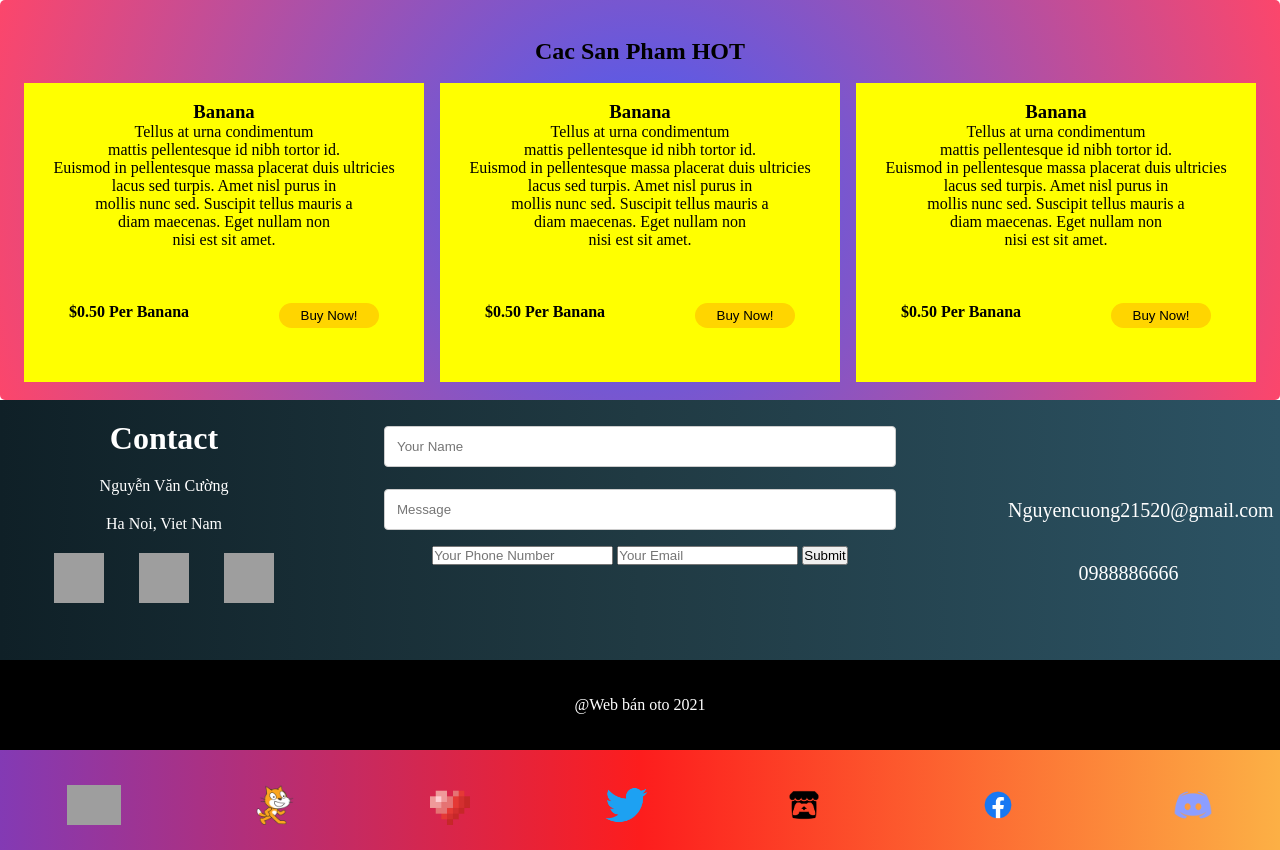
Repository: brightwhitesnow/bananashop
Page: index.html
The author's editor kept a copy of each file at every save. The page is drawn from the files as they stood at one save, then again after a run of saves.
The browser window is 1280 px wide. The pictures show the part of the page from y = 700 to 1550 px (the page is 1550 px tall).
Pictures or frames that could not be fetched are drawn as grey boxes. Some web libraries are served in a nearby version.

Above is the page before, as saved 2021-03-27 10:45:15.

### index.html
<!DOCTYPE html>
<html lang="en">
<head>
    <meta charset="UTF-8">
    <meta name="viewport" content="width=device-width, initial-scale=1.0">
    <title>Document</title>
    <link rel="preconnect" href="https://fonts.gstatic.com">
<link href="https://fonts.googleapis.com/css2?family=Sacramento&display=swap" rel="stylesheet">
    <link rel="stylesheet" href="style.css">
    <link href="https://unpkg.com/aos@2.3.1/dist/aos.css" rel="stylesheet">
    <style>
        .nav {
            height: 70px;
            background: -webkit-linear-gradient(to right, #f857a6, #ff5858); /* Chrome 10-25, Safari 5.1-6 */
            background: linear-gradient(to right, #f857a6, #ff5858); /* W3C, IE 10+/ Edge, Firefox 16+, Chrome 26+, Opera 12+, Safari 7+ */
            font-family: 'Sacramento', cursive;
            font-size: 25px;
        }

        a {
            text-decoration-line: none;
            color: black;
            transition: 1s;
            height: 30px;
        }

        a:hover {
            height: 30px;
            color: rgb(83, 73, 226);
            border-bottom: 2px solid white;
            transition: 1s;
        }

        .fas fa-search {
            height: 20px;
        }
        #email,#phone{
            hei
        }
    </style>
    <link href="https://pro.fontawesome.com/releases/v5.12.0/css/all.css" rel="stylesheet">
    <link rel="stylesheet" href="./packet/sweetalert2.css">
</head>
<body>
    <div class="nav">
        <img src="Logo.png" alt="" style="border-radius: 999px;width: 60px;height: auto;" class="logo">
        <div class="search">
        <input type="text">
        <a href=""><i class="fas fa-search"></i></a>
        </div>
        <a href=""><p>Home</p></a>
        <a href=""><p>Products</p></a>
        <a href=""><p>Contact</p></a>
        <a href=""><p>Login <i class="fal fa-user"></i></p></a>
    </div>
    <div class="banner">
        <br><br><br><Br><Br>
        <h1 class="glow">Banana</h1>
    </div>
    <div class="container">
        <br>
        <h2 style="text-align: center;">Cac San Pham HOT</h2>
        <br>
        <div class="divcontainer">
            <div  data-aos="fade-down" class="item1">
                <img src="" alt="">
                <h3>Banana</h3>
                <p>Tellus at urna condimentum<br> mattis pellentesque id nibh tortor id.<br> Euismod in pellentesque massa placerat duis ultricies<Br> lacus sed turpis. Amet nisl purus in<br> mollis nunc sed. Suscipit tellus mauris a <br>diam maecenas. Eget nullam non<Br> nisi est sit amet.</p>
                <br><br><br>
                <div class="containerforprice">
                <h4>$0.50 Per Banana</h4>
                <button onclick="myfunction()" class="buynow3">Buy Now!</button>
                </div>
                <br><br><br>
            </div>
            <br>
            <div data-aos="fade-down" class="item2">
                <img src="" alt="">
                <h3>Banana</h3>
                <p>Tellus at urna condimentum<br> mattis pellentesque id nibh tortor id.<br> Euismod in pellentesque massa placerat duis ultricies<Br> lacus sed turpis. Amet nisl purus in<br> mollis nunc sed. Suscipit tellus mauris a <br>diam maecenas. Eget nullam non<Br> nisi est sit amet.</p>
                <br><br><br>
                <div class="containerforprice">
                <h4>$0.50 Per Banana</h4>
                <button onclick="myfunction()" class="buynow3">Buy Now!</button>
                </div>
                <br><br><br>
            </div>
            <br>
            <div data-aos="fade-down" class="item3">
                <img src="" alt="">
                <h3>Banana</h3>
                <p>Tellus at urna condimentum<br> mattis pellentesque id nibh tortor id.<br> Euismod in pellentesque massa placerat duis ultricies<Br> lacus sed turpis. Amet nisl purus in<br> mollis nunc sed. Suscipit tellus mauris a <br>diam maecenas. Eget nullam non<Br> nisi est sit amet.</p>
                <br><br><br>
                <div class="containerforprice">
                <h4>$0.50 Per Banana</h4>
                <button onclick="myfunction()" class="buynow3">Buy Now!</button>
                </div>
                <br><br><br>
            </div>

        </div>
    </div>

     <!-- footer -->
     <div id="ft" class="footer">
        <div class="footer-top">
            <div class="left">
                <h1>Contact</h1>
                <p>Nguyễn Văn Cường</p>
                <p>Ha Noi, Viet Nam</p>
                    <div class="social-media">
                        <a href="https://www.facebook.com/nguyencuong21520/"><img src="./img/icons8-facebook-64.png" alt=""></a>
                        <a href="https://github.com/nguyencuong21520"><img src="./img/icons8-github-64.png" alt=""></a>
                        <a href=""><img src="./img/icons8-discord-64.png" alt=""></a>
                    </div>
            </div>
            <div class="mid">
                <form id="contact" action="">
                    <input id="name" type="text" placeholder="Your Name" required>
                    <input id="message" type="text" placeholder="Message" required>
                    <input id="phone" type="phone" placeholder="Your Phone Number" >
                    <input id="email" type="email" placeholder="Your Email" required>
                    <button>Submit</button>


                </form>
            </div>
            <div class="right">
                <p><i class="fal fa-envelope-open-text"></i> Nguyencuong21520@gmail.com</p>
                <p><i class="far fa-phone-volume"></i> 0988886666</p>
            </div>
        </div>
        <div class="footer-bot">
            @Web bán oto 2021
        </div>
    </div>


    <div class="sm">
        <a href=""><img src="discordlogo.png" alt=""></a>
        <a href="https://facebook.com/bigchungusnbn/"><img src="facebooklogo.png" alt=""></a>
        <a href="https://nguyenductuan.itch.io/"><img src="itchiologo.png" alt=""></a>
        <a href=""><img src="twitterlogo.png" alt=""></a>
        <a href="https://pixilart.com/hiholollipopyo/"><img src="pixilartlogo.png" alt=""></a>
        <a href="https://scratch.mit.edu/users/scratcher12345678919/"><img src="scratchlogo.png" alt=""></a>
        <a href="https://m.me/bigchungusbn/" target="_blank"><img src="https://www.iconpacks.net/icons/2/free-facebook-messenger-icon-2880-thumb.png" alt=""></a>
    </div>




    <script src="./packet/sweetalert2.all.min.js"></script>
    <script src="https://ajax.googleapis.com/ajax/libs/jquery/3.5.1/jquery.min.js"></script>
    <script src="./packet/confetti.js"></script>
    <script src="https://unpkg.com/aos@2.3.1/dist/aos.js"></script>
    <script>
        AOS.init();
        function myfunction() {
            Swal.fire('Thank You! Your package will be delivered in 2 days. Please pay or you will not get the order.')
            confetti.start()
            setTimeout(function () {
                confetti.stop();
            }, 3000);}

            function sweetAlert(icon, content) {
            const Toast = Swal.mixin({
           toast: true,
           position: 'top-end',
           showConfirmButton: false,
           timer: 3000,
           timerProgressBar: true,
           onOpen: (toast) => {
               toast.addEventListener('mouseenter', Swal.stopTimer)
               toast.addEventListener('mouseleave', Swal.resumeTimer)
           }
              })

          Toast.fire({
           icon: icon,
           title: content
          })
   }

   $('#contact').on('submit', function (e) {
               e.preventDefault()

               var name = $("#InputName");
               var email = $("#InputEmail");
               var subject = $("#InputSubject");
               var body = $("#InputMessage");



               $.ajax({
                   url: './sendEmail.php',
                   method: 'POST',
                   dataType: 'json',
                   data: {
                       name: name.val(),
                       email: email.val(),
                       subject: subject.val(),
                       body: body.val(),
                   },
                   success: function (data) {
                       sweetAlert(data.status,data.response);
                   }
               });
               return false;

           })
    </script>
</body>
</html>

### style.css
*{
    padding: 0;
    margin: 0;
    box-sizing: border-box;
}
.nav {
    display: flex;
    justify-content: space-around;
    align-items: center;
    padding: 5px;
    border: 0px;
    position: fixed;
    width: 100%;
    z-index: 1;
}

.fas fa-search {
    margin-top: 50px;
}

nav img {
    width: 50px;
    height: 50px;
    object-fit: cover;
    border-radius: 50%;
}
.search {
  display: flex;
  align-items: center;
}
.search input {
    height: 25px;
    outline: none;
    border-radius: 15px;
    border: 1px solid transparent;
    margin-right: 15px;
}

.banner {
    text-align: center;
    height: 700px;
    width: 100%;
    background: url(https://nypost.com/wp-content/uploads/sites/2/2020/06/banana-fungi.jpg?quality=80&strip=all);
}
/* glow text */
.glow {
    font-size: 80px;
    color: #fff;
    text-align: center;
    -webkit-animation: glow 1s ease-in-out infinite alternate;
    -moz-animation: glow 1s ease-in-out infinite alternate;
    animation: glow 1s ease-in-out infinite alternate;
  }

  @-webkit-keyframes glow {
    from {
      text-shadow: 0 0 10px #fff, 0 0 20px #fff, 0 0 30px #ff9f43, 0 0 40px #ff9f43, 0 0 50px #ff9f43, 0 0 60px #ff9f43, 0 0 70px #ff9f43;
    }
    to {
      text-shadow: 0 0 20px #fff, 0 0 30px #feca57, 0 0 40px #feca57, 0 0 50px #feca57, 0 0 60px #feca57, 0 0 70px #feca57, 0 0 80px #feca57;
    }
  }

  .divcontainer {
    display: flex;
    justify-content: space-around;
    text-align: center;
    align-items: flex-start;
  }

  .item1 {
    width: 400px;
    background-color: yellow;
    margin-bottom: 20px;
    z-index: 0;
  }
  .item2 {
    background-color: yellow;
    width: 400px;
    margin-bottom: 20px;
    z-index: 0;
  }
  .item3 {
    background-color: yellow;
    width: 400px;
    margin-bottom: 20px;
    z-index: 0;
  }

  .containerforprice {
    display: flex;
    justify-content: space-around;
  }

  .buynow3 {
    background-color: rgb(255, 213, 0);
    border: 0px black solid;
    transition: 1s;
    border-radius: 15px;
    width: 100px;
    text-align: center;
    height: 25px;
  }

  .buynow3:hover {
    background-color: rgba(255, 224, 86, 0.884);
    border: 0px black solid;
    transition: 1s;
    border-radius: 15px;
    width: 200px;
    text-align: center;
    height: 25px;
  }

  .divcontainer div {
    width: 400px;
  }

  /* Popup container - can be anything you want */
.popup {
  position: relative;
  display: inline-block;
  cursor: pointer;
  -webkit-user-select: none;
  -moz-user-select: none;
  -ms-user-select: none;
  user-select: none;
}

/* The actual popup */
.popup .popuptext {
  visibility: hidden;
  width: 160px;
  background-color: #555;
  color: #fff;
  text-align: center;
  border-radius: 6px;
  padding: 8px 0;
  position: absolute;
  z-index: 1;
  bottom: 125%;
  left: 50%;
  margin-left: -80px;
}

/* Popup arrow */
.popup .popuptext::after {
  content: "";
  position: absolute;
  top: 100%;
  left: 50%;
  margin-left: -5px;
  border-width: 5px;
  border-style: solid;
  border-color: #555 transparent transparent transparent;
}

/* Toggle this class - hide and show the popup */
.popup .show {
  visibility: visible;
  -webkit-animation: fadeIn 1s;
  animation: fadeIn 1s;
}

/* Add animation (fade in the popup) */
@-webkit-keyframes fadeIn {
  from {opacity: 0;}
  to {opacity: 1;}
}

@keyframes fadeIn {
  from {opacity: 0;}
  to {opacity:1 ;}
}

.container {
  background: rgb(63,94,251);
  background: radial-gradient(circle, rgba(63,94,251,1) 0%, rgba(252,70,107,1) 100%);
  height: 400px;
}



.sm a img {
  height: 40px;
  width: auto;
  object-fit: cover;
}

.sm {
  display: flex;
  justify-content: space-around;
  align-items: center;
  flex-direction: row-reverse;
  height: 100px;
  background: rgb(131,58,180);
  background: linear-gradient(90deg, rgba(131,58,180,1) 0%, rgba(253,29,29,1) 50%, rgba(252,176,69,1) 100%);
  width: 100%;
}

input[type=text], select, textarea {
  width: 100%;
  padding: 12px;
  border: 1px solid #ccc;
  border-radius: 4px;
  box-sizing: border-box;
  margin-top: 6px;
  margin-bottom: 16px;
  resize: vertical;
}

input[type=submit] {
  background-color: #4CAF50;
  color: white;
  padding: 12px 20px;
  border: none;
  border-radius: 4px;
  cursor: pointer;
}

input[type=submit]:hover {
  background-color: #45a049;
}

.container {
  border-radius: 5px;
  background-color: #f2f2f2;
  padding: 20px;
}


/* footer */
.footer {
  width:100%;
  height:350px;
  background: linear-gradient(to right, #0f2027, #203a43, #2c5364);
}
.footer-top{
  width: 100%;
  height:260px;

  display: flex;
  justify-content: space-around;
}
.left,.mid,.right{
  height:260px;
}
.left{

  width: 20%;
  color:#fff;
}
.left h1 , .left p{
  text-align: center;
  margin: 20px;
}

.social-media{
  display: flex;
  justify-content: space-around;
}
.social-media img{
  width: 50px;
  height:50px;
  transition: 0.5s;

}
.social-media img:hover{
  width: 60px;
  height:60px;
  transition: 0.5s;
}
.mid{
  text-align: center;
  width: 40%;
  margin:20px;
}
.right{

  width: 20%;
  text-align: center;
  font-size:20px;
  color:#fff;
  display: flex;
  flex-direction:column;
  justify-content:center;

}
.right p{
  margin: 20px;
}
.footer-bot{
  text-align: center;
  background-color:black;
  color: #fff;
  /* height:40px; */
  line-height:90px;
}

Loaded but not shown: packet/sweetalert2.all.min.js (library); packet/confetti.js (213 lines, source omitted); packet/sweetalert2.css (1371 lines, source omitted)

After the next 8 saves:
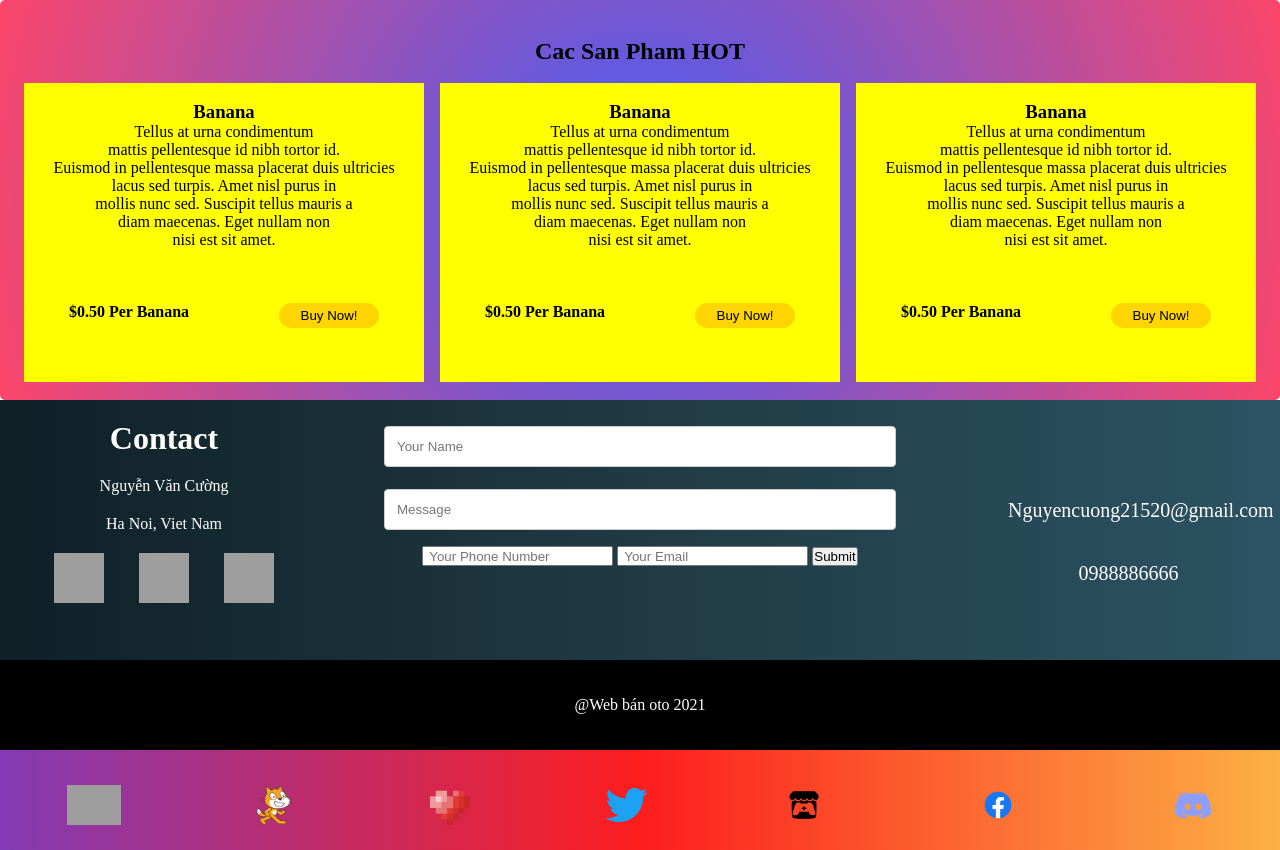
The 8 saves are shown as one change because they came seconds apart.
The last was saved 81 s later.
--- a/index.html
+++ b/index.html
@@ -35,7 +35,9 @@
             height: 20px;
         }
         #email,#phone{
-            hei
+            height: 20px;
+            padding: 5px;
+
         }
     </style>
     <link href="https://pro.fontawesome.com/releases/v5.12.0/css/all.css" rel="stylesheet">

After the save that followed:
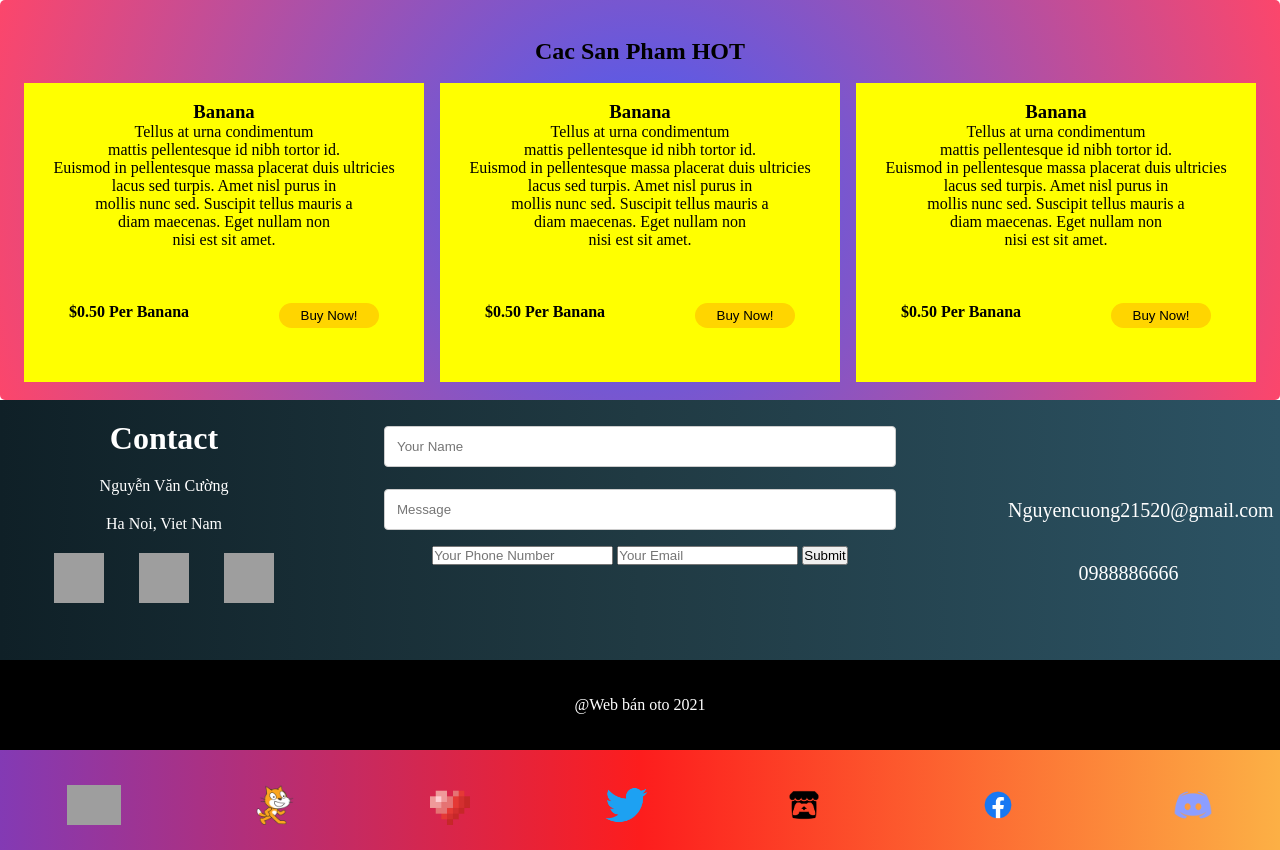
Saved 51 s later.
--- a/index.html
+++ b/index.html
@@ -34,11 +34,11 @@
         .fas fa-search {
             height: 20px;
         }
-        #email,#phone{
+        /* #email,#phone{
             height: 20px;
             padding: 5px;
 
-        }
+        } */
     </style>
     <link href="https://pro.fontawesome.com/releases/v5.12.0/css/all.css" rel="stylesheet">
     <link rel="stylesheet" href="./packet/sweetalert2.css">
